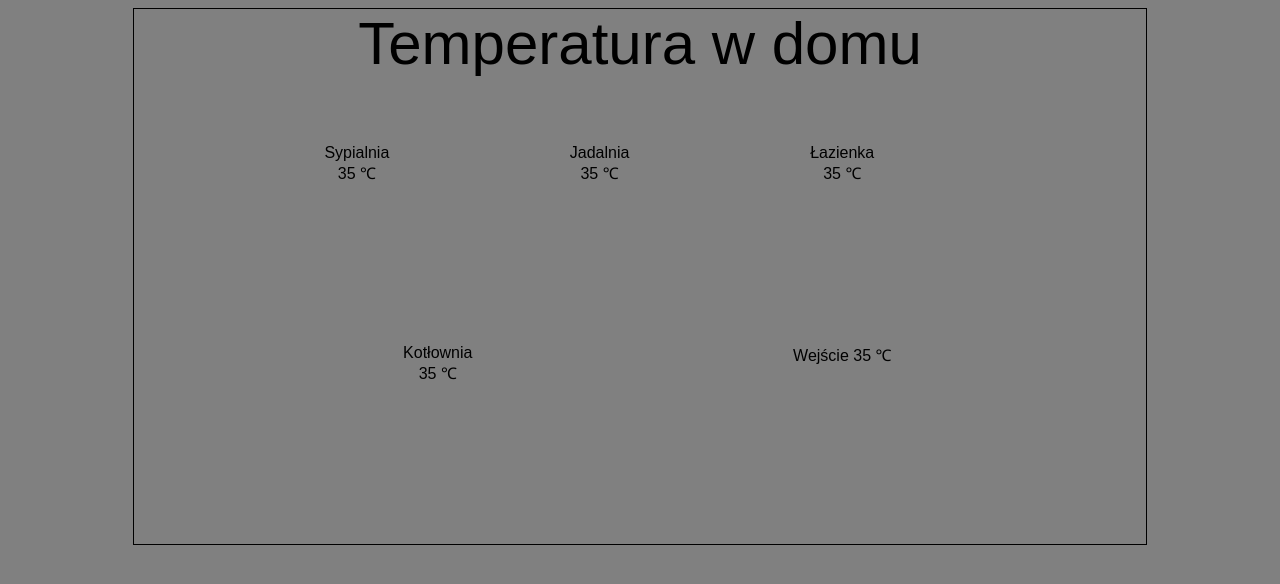
Repository: findryDev/flaskRestAPI
Page: templates/homeTemperature.html
An editor plug-in stored every save of this project. The page is shown before and after the next save, followed by the edit.
The browser window is 1280 px wide. The pictures show the whole page.
The template is drawn by Flask 3. The application's start-up code is not run. Other server files are loaded and not shown. The template is opened directly, without the code that normally fills it, so the values that code supplies are empty.

Above is the page before, as saved 2021-04-26 08:58:54.

### templates/homeTemperature.html
<!DOCTYPE html>
<html lang="pl">
<head>
    <meta charset="UTF-8">
    <meta name="viewport" content="width=device-width, initial-scale=1.0">
    <link rel="stylesheet" href="{{ url_for('static', filename='style.css') }}"\>
    <title>Home temperature</title>

</head>
<body>
    <div class="container">
        <div class="title">Temperatura w domu</div>
        <div class="main">
            <div class="inHomeTempR1">
                <div class="name">Sypialnia </div>
                <div class="value">35 <span>&#8451;</span></div>
            </div>
            <div class="inHomeTempR1">
                Jadalnia <br>
                35 <span>&#8451;</span></div>
            <div class="inHomeTempR1">
                Łazienka <br>
                35 <span>&#8451;</span></div>
            <div style="clear:both"></div>
            <div class="inHomeTempR2">
                Kotłownia <br>
                35 <span>&#8451;</span></div>
            <div class="inHomeTempR2">
                Wejście
                35 <span>&#8451;</span></div>
            <div style="clear:both"></div>

        </div>
    </div>
</body>
</html>

### static/style.css
body{
    background-color: gray;
    color: black;
    font-family: 'Ubuntu', sans-serif;
    min-width: 800px;
  }



.container{
    width: 80%;
    height: 80%;
    margin-right: auto;
    margin-left: auto;
    border: solid 1px;
  }

.title{
    width: 100%;
    height: 65px;
    text-align: center;
    font-size: 60px;
    margin-bottom: 70px;
  }

.main{
    width: 80%;
    height: 80%;
    margin-right: auto;
    margin-left: auto;

}
.temperatureList{
  float: left;
}

.squerTemp{
  float: left;
  width: 25%;
  height: 80%;
  text-align: center;
}

.squerTempTitle{
  width: 100%;
  height: 50%;
  font-weight: bold;
}

.squerTempCont{
  width: 100%;
  height: 50%;
  padding-top: 0%;
}

.inHomeTempR1{
  width: 30%;
  height: 200px;
  text-align: center;
  float: left;
}

.inHomeTempR2{
  width: 50%;
  height: 200px;
  text-align: center;
  float: left;
}





#plot
  {
    width: 90%;
  }

After the next save:
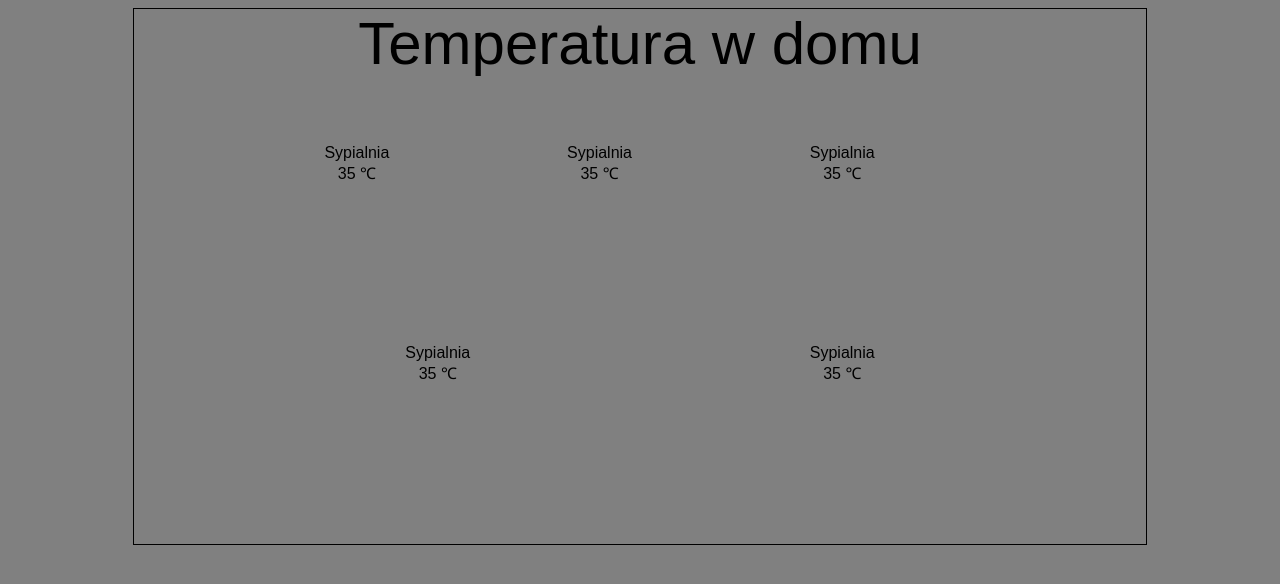
Saved 92 s later.
--- a/templates/homeTemperature.html
+++ b/templates/homeTemperature.html
@@ -16,18 +16,22 @@
                 <div class="value">35 <span>&#8451;</span></div>
             </div>
             <div class="inHomeTempR1">
-                Jadalnia <br>
-                35 <span>&#8451;</span></div>
+                <div class="name">Sypialnia </div>
+                <div class="value">35 <span>&#8451;</span></div>
+            </div>
             <div class="inHomeTempR1">
-                Łazienka <br>
-                35 <span>&#8451;</span></div>
+                <div class="name">Sypialnia </div>
+                <div class="value">35 <span>&#8451;</span></div>
+            </div>
             <div style="clear:both"></div>
             <div class="inHomeTempR2">
-                Kotłownia <br>
-                35 <span>&#8451;</span></div>
+                <div class="name">Sypialnia </div>
+                <div class="value">35 <span>&#8451;</span></div>
+            </div>
             <div class="inHomeTempR2">
-                Wejście
-                35 <span>&#8451;</span></div>
+                <div class="name">Sypialnia </div>
+                <div class="value">35 <span>&#8451;</span></div>
+            </div>
             <div style="clear:both"></div>
 
         </div>
